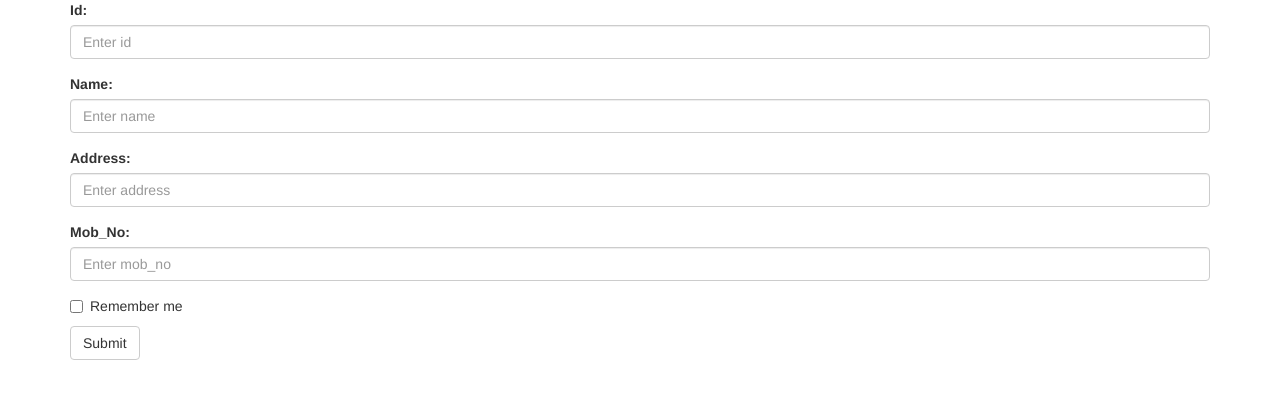
Repository: priyankateli27/priyanka
Page: SirAssignment/src/main/webapp/info.html
An editor plug-in stored every save of this project. The page is shown before and after the next save, followed by the edit.
The browser window is 1280 px wide. The pictures show the whole page.

Above is the page before, as saved 2016-07-15 10:27:21.

### SirAssignment/src/main/webapp/info.html
<!DOCTYPE html>
<html lang="en">
<head>
  <title>Student Record</title>
  <meta charset="utf-8">
  <meta name="viewport" content="width=device-width, initial-scale=1">
  <link rel="stylesheet" href="http://maxcdn.bootstrapcdn.com/bootstrap/3.3.6/css/bootstrap.min.css">
  <script src="https://ajax.googleapis.com/ajax/libs/jquery/1.12.4/jquery.min.js"></script>
  <script src="http://maxcdn.bootstrapcdn.com/bootstrap/3.3.6/js/bootstrap.min.js"></script>
</head>
<body>

<div class="container">
  <form role="form">
    <div class="form-group">
      <label for="email">Id:</label>
      <input type="id" class="form-control" id="id" placeholder="Enter id">
    </div>
    <div class="form-group">
      <label for="pwd">Name:</label>
      <input type="name" class="form-control" id="name" placeholder="Enter name">
    </div>
    <div class="form-group">
      <label for="pwd">Address:</label>
      <input type="address" class="form-control" id="address" placeholder="Enter address">
    </div>
    <div class="form-group">
      <label for="pwd">Mob_No:</label>
      <input type="mob_no" class="form-control" id="mob_no" placeholder="Enter mob_no">
    </div>









    <div class="checkbox">
      <label><input type="checkbox"> Remember me</label>
    </div>
    <button type="submit" class="btn btn-default">Submit</button>
  </form>
</div>

</body>
</html>

After the next save:
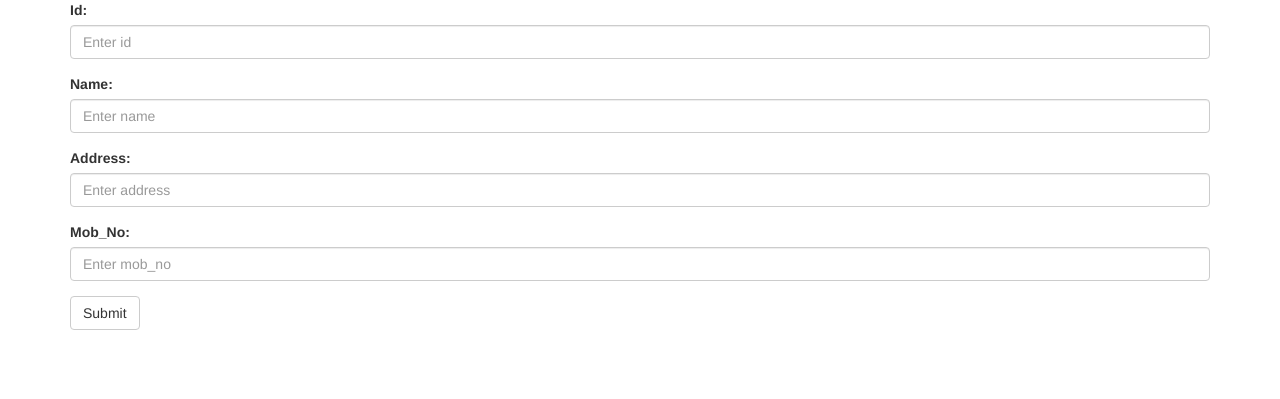
Saved 48 s later.
--- a/SirAssignment/src/main/webapp/info.html
+++ b/SirAssignment/src/main/webapp/info.html
@@ -29,17 +29,6 @@
       <input type="mob_no" class="form-control" id="mob_no" placeholder="Enter mob_no">
     </div>
 
-
-
-
-
-
-
-
-
-    <div class="checkbox">
-      <label><input type="checkbox"> Remember me</label>
-    </div>
     <button type="submit" class="btn btn-default">Submit</button>
   </form>
 </div>
